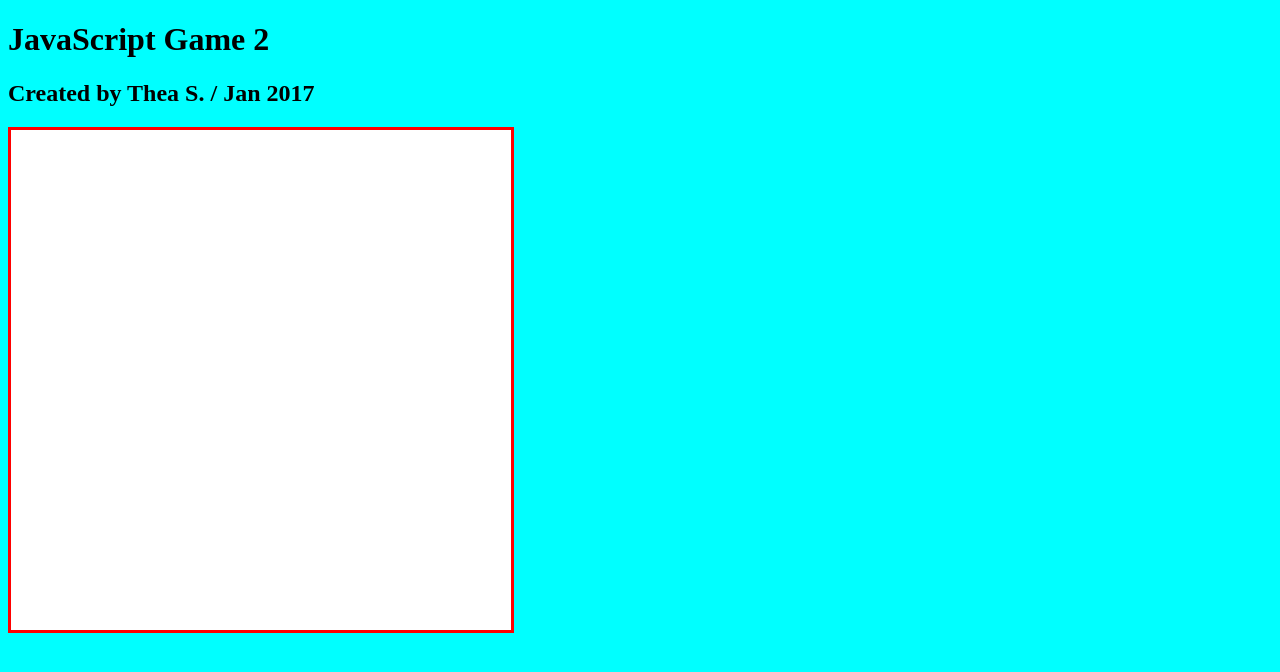
Repository: m-rabbit/b1_sukianto_code
Page: websites/JS_Game_02/index.html
These files come from the project's save history. The page is drawn as it stood at one moment and after the next save; the edit follows.
The browser window is 1280 px wide. The pictures show the whole page.

Above is the page before, as saved 2017-01-26 15:36:51.
Console error: TypeError: Cannot read properties of null (reading 'getContext')

### websites/JS_Game_02/index.html
<!DOCTYPE html>
<html>
	<head>
		<title>JavaScript Game 2</title>
		<style>
			body {
				background-color: #00FFFF;
			}
			canvas {
				border: 3px solid red;
				background-color: #FFFFFF;
			}
		</style>
	</head>
	<body>
		<h1>JavaScript Game 2</h1>
		<h2>Created by Thea S. / Jan 2017</h2>



		<canvas id="myCanvas" width="500" height="500"></canvas>
		<script src="js/gametwo.js">
		</script>
	</body>
</html>

### websites/JS_Game_02/js/gametwo.js
var ctx = document.getElementById("ctx").getContext("2d");

ctx.font = '60px Arial';
ctx.fillStyle = '#FF0000';
ctx.globalAlpha = 0.5;

ctx.fillText('Hello', 50, 75);
ctx.fillStyle = '#000000';
ctx.fillRect(50, 50, 100, 100);
ctx.clearRect(75, 75, 75, 75);

After the next save:
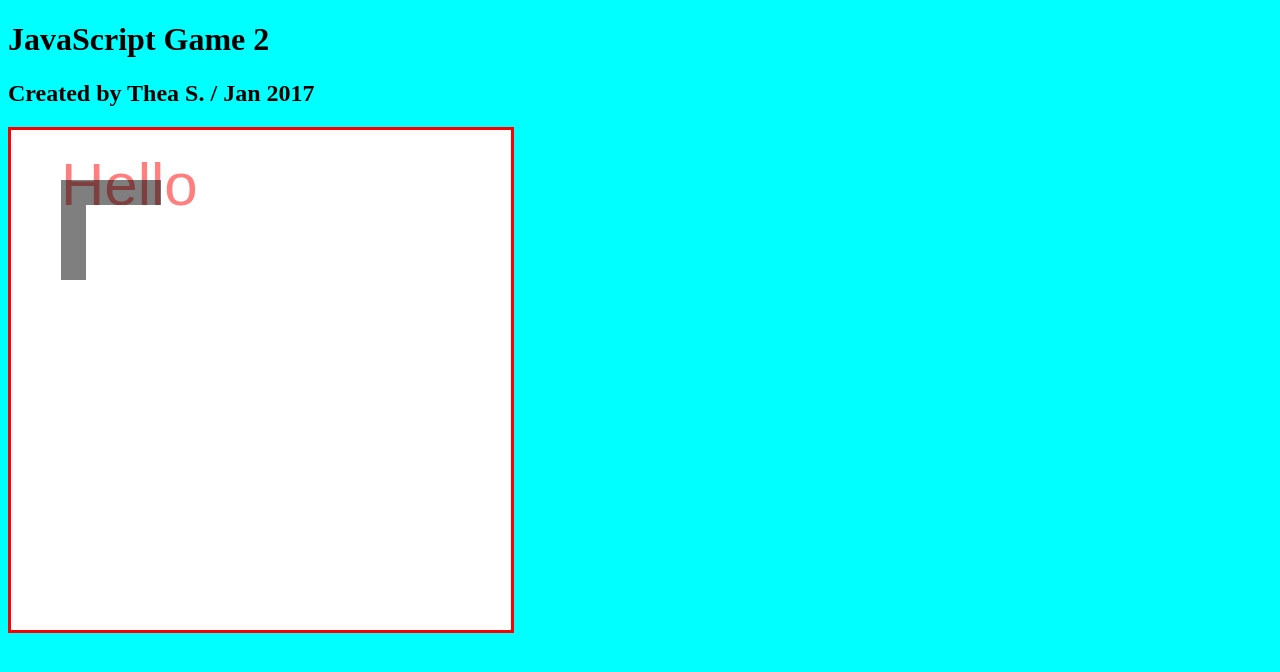
The error is gone.
Saved 82 s later.
--- a/websites/JS_Game_02/index.html
+++ b/websites/JS_Game_02/index.html
@@ -18,7 +18,7 @@
 
 
 
-		<canvas id="myCanvas" width="500" height="500"></canvas>
+		<canvas id="ctx" width="500" height="500"></canvas>
 		<script src="js/gametwo.js">
 		</script>
 	</body>
